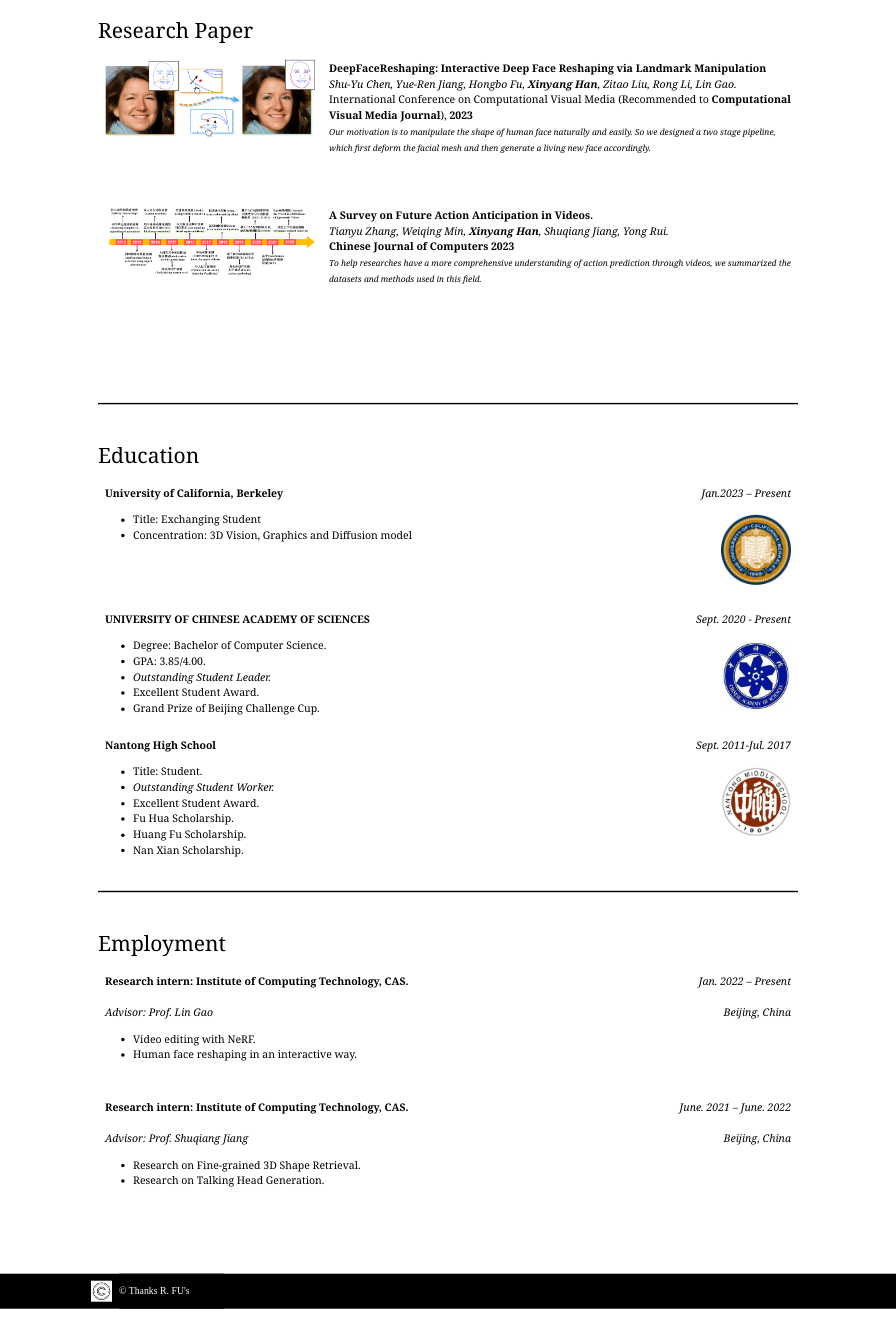
Repository: XinyangHan/XinyangHan.github.io
Page: index.html
The author's editor kept a copy of each file at every save. The page is drawn from the files as they stood at one save, then again after a run of saves.
The browser window is 1280 px wide. The pictures show the part of the page from y = 661 to 2581 px (the page is 2581 px tall), at 70% of full size.

Above is the page before, as saved 2023-02-11 14:39:47.
Console error (its wording comes from the project's code and is left out).

After the next 2 saves:
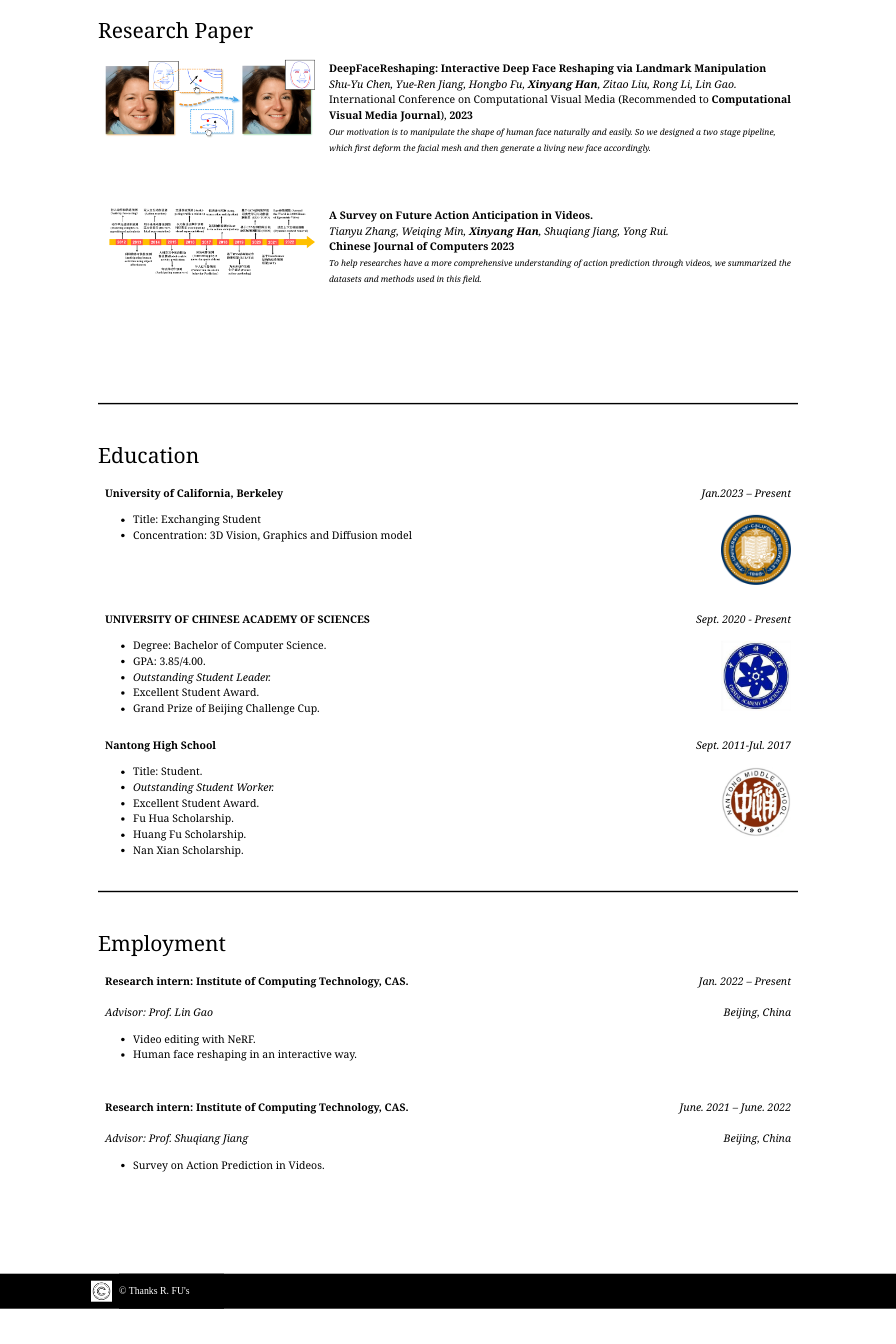
The 2 saves are shown as one change because they came seconds apart.
The last was saved 31 s later.
--- a/index.html
+++ b/index.html
@@ -304,8 +304,7 @@
 				<em class="dates">June. 2021 – June. 2022</em>
 			<br><br><em>Advisor: Prof. Shuqiang Jiang</em> <em class="dates">Beijing, China</em>
 			<ul>
-				<li>Research on Fine-grained 3D Shape Retrieval.</li>
-				<li>Research on Talking Head Generation.</li>
+				<li>Survey on Action Prediction in Videos.</li>
 			</ul>
 	</div>
 	</div>
